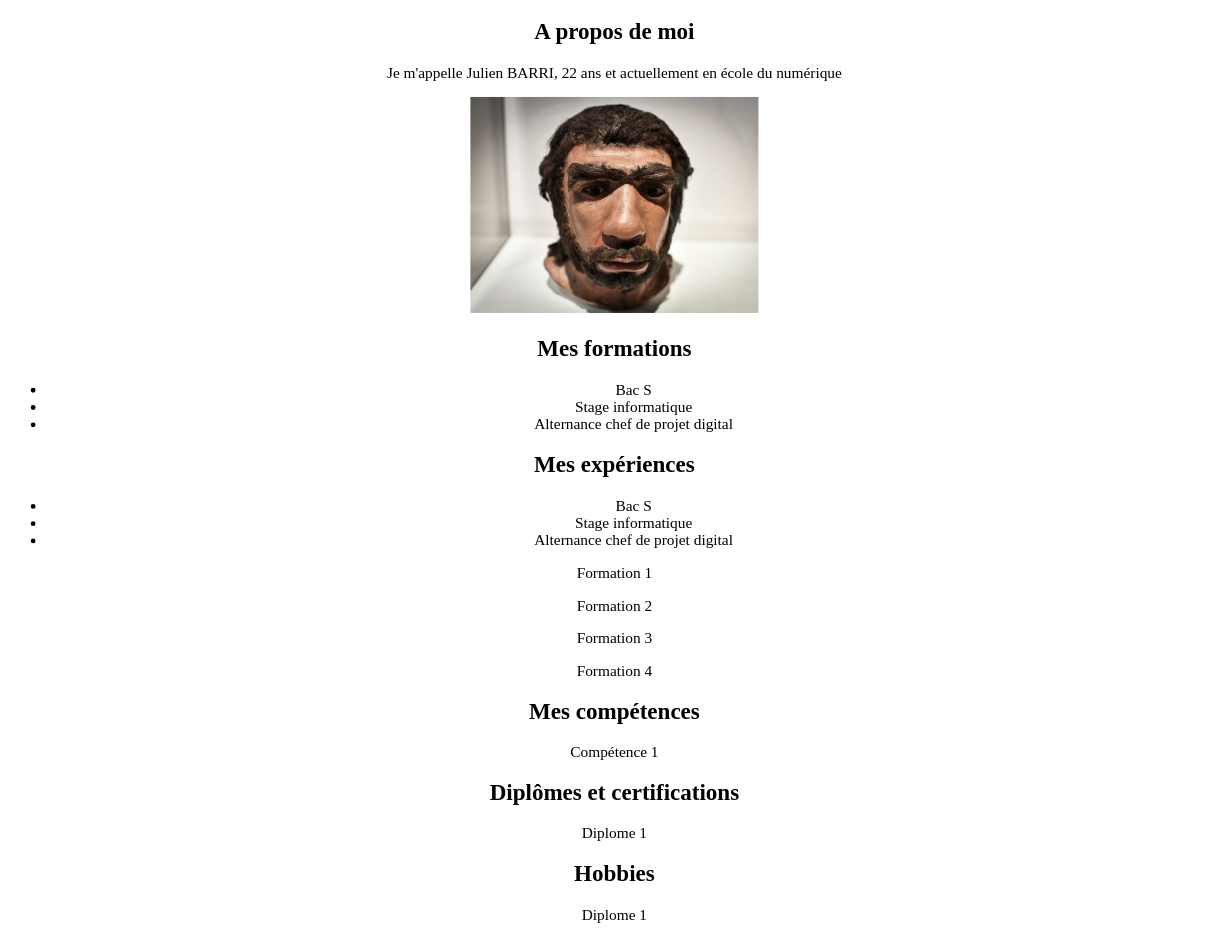
Repository: barridev/cours_devops.github.io
Page: index.html
An editor plug-in stored every save of this project. The page is shown before and after a run of saves, followed by the edit.
The browser window is 1280 px wide. The pictures show the whole page, at 96% of full size.

Above is the page before, as saved 2022-06-13 15:23:47.

### index.html
<!DOCTYPE html>
<html lang="en">

<head>
    <meta charset="UTF-8">
    <meta http-equiv="X-UA-Compatible" content="IE=edge">
    <meta name="viewport" content="width=device-width, initial-scale=1.0">
    <title>Document</title>
    <link rel="stylesheet" href="style.css">
</head>

<body>

    <section class="center">
        <div>
            <h1>A propos de moi</h1>
            <p>Je m'appelle Julien BARRI, 22 ans et actuellement en école du numérique</p>
            <img width="300x300" src="homme.jpeg" alt="homme">
        </div>
    </section>

    <section class="center">
        <div class="test">
            <h2> Mes formations </h2>
            <ul>
                <li> Bac S</li>
                <li> Stage informatique</li>
                <li> Alternance chef de projet digital</li>
            </ul>
        </div>
    </section>

    <section class="center">
        <div>
            <h2> Mes expériences </h2>
            <ul>
                <li> Bac S</li>
                <li> Stage informatique</li>
                <li> Alternance chef de projet digital</li>
            </ul>
            <p>Formation 1</p>
            <p>Formation 2</p>
            <p>Formation 3</p>
            <p>Formation 4</p>
        </div>
    </section>

    <section class="center">
        <div>
            <h2> Mes compétences</h2>
            <p>Compétence 1</p>
        </div>

    </section>

    <section class="center">
        <div>
            <h2> Diplômes et certifications</h2>
            <p>Diplome 1</p>
        </div>

    </section class="center">

    <section class="center">
        <div>
            <h2> Hobbies</h2>
            <p>Diplome 1</p>
        </div>

    </section class="center">

</body>

</html>

Loaded but not shown: style.css (common file)

After the next 2 saves:
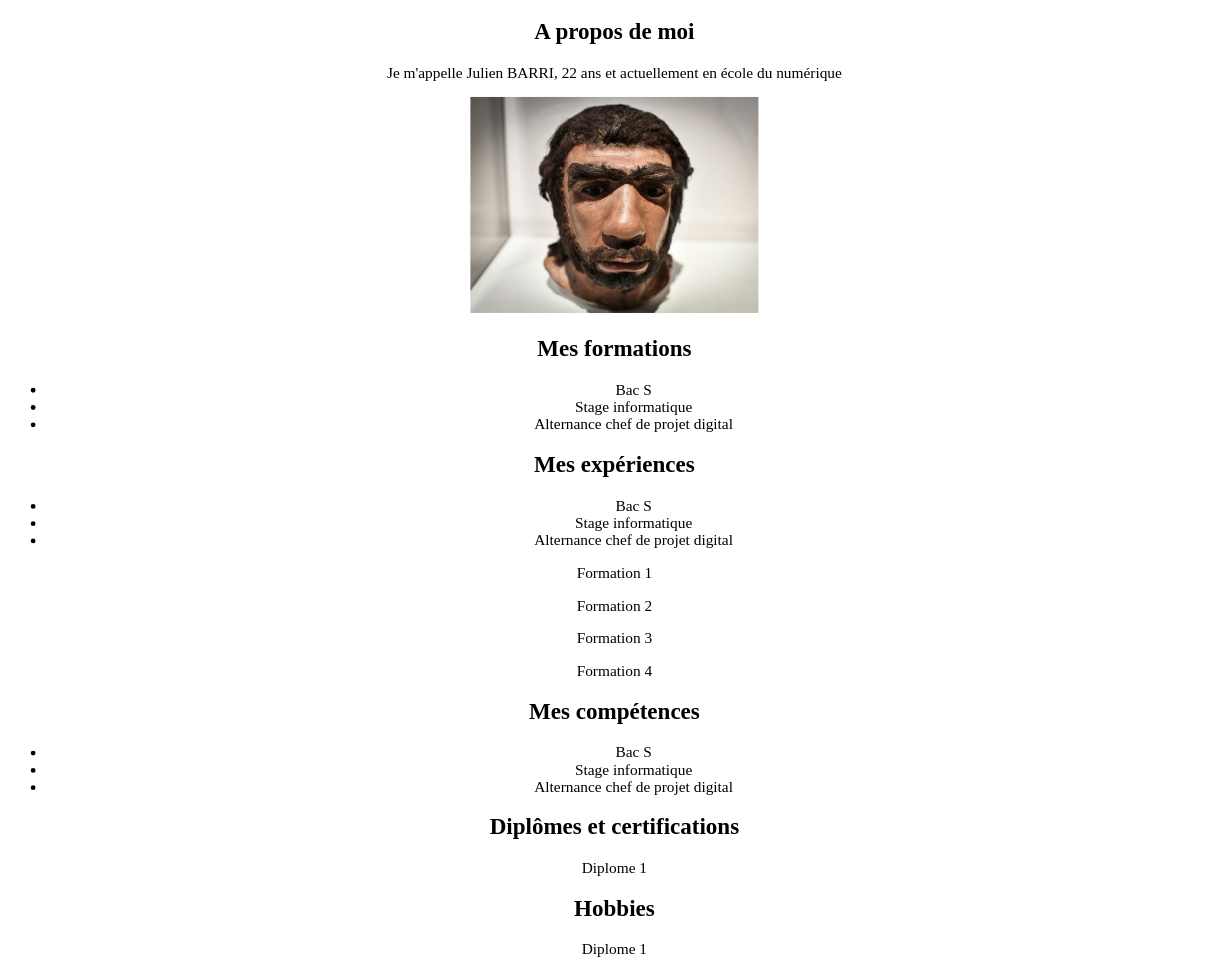
The 2 saves are shown as one change because they came seconds apart.
The last was saved 6 s later.
--- a/index.html
+++ b/index.html
@@ -48,7 +48,11 @@
     <section class="center">
         <div>
             <h2> Mes compétences</h2>
-            <p>Compétence 1</p>
+            <ul>
+                <li> Bac S</li>
+                <li> Stage informatique</li>
+                <li> Alternance chef de projet digital</li>
+            </ul>
         </div>
 
     </section>
